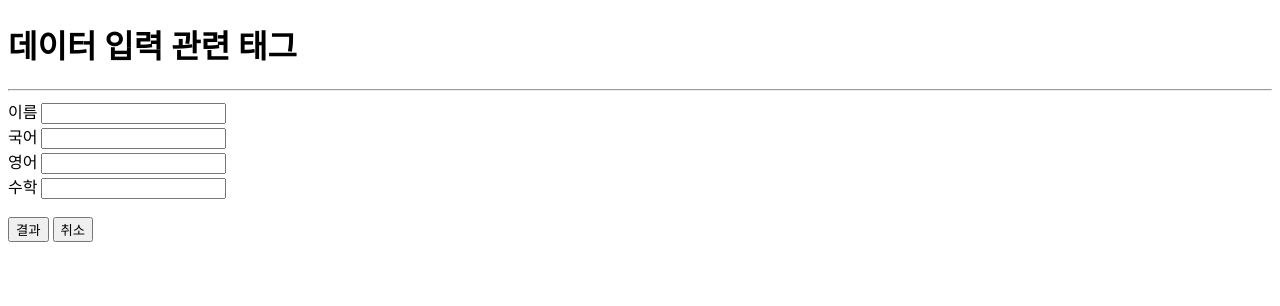
Repository: jp0301/WebStudy
Page: WebApp01/WebContent/Test004.html
An editor plug-in stored every save of this project. The page is shown before and after a run of saves, followed by the edit.
The browser window is 1280 px wide. The pictures show the whole page.

Above is the page before, as saved 2022-09-26 08:33:02.

### WebApp01/WebContent/Test004.html
<!DOCTYPE html>
<html>
<head>
<meta charset="UTF-8">
<title>Test004.html</title>
</head>


<body>
	<div>

		<h1>데이터 입력 관련 태그</h1>
		<hr>
	</div>

	<div>
		<form>
			이름 <input type="text"><br>
			국어 <input type="text"><br>
			영어 <input type="text"><br>
			수학 <input type="text"><br>
			<br>

			<input type="button" value="결과">
			<input type="reset" value="취소">
		</form>
	</div>

</body>


</html>

After the next 2 saves:
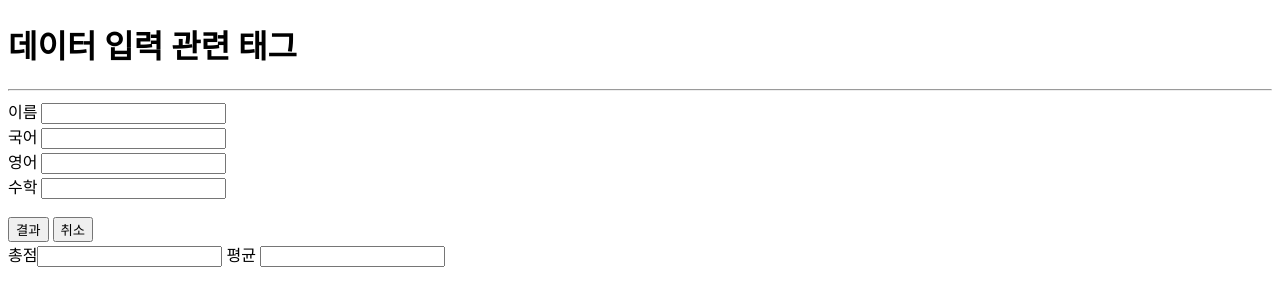
The 2 saves are shown as one change because they came seconds apart.
The last was saved 48 s later.
--- a/WebApp01/WebContent/Test004.html
+++ b/WebApp01/WebContent/Test004.html
@@ -23,6 +23,9 @@
 
 			<input type="button" value="결과">
 			<input type="reset" value="취소">
+			<br>
+
+			총점<input type="text"> 평균 <input type="text"><br>
 		</form>
 	</div>
 
